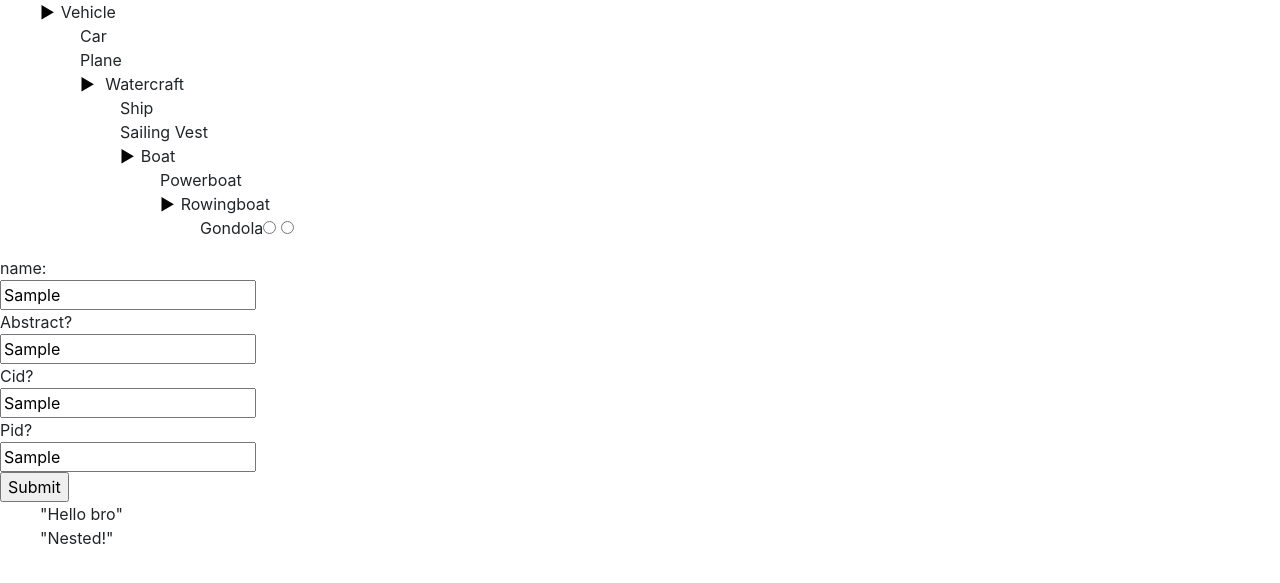
Repository: ked9268/Wonder
Page: http://localhost/cw3_mini_web_project_kjw42/WEB-INF/mainpage.jsp
These files come from the project's save history. The page is drawn as it stood at one moment and after the next save; the edit follows.
The browser window is 1280 px wide. The pictures show the whole page.
Empty fields were first filled with sample values (such as "Sample", 5 or name@example.com).
After loading, the first visible `span.caret` was clicked once.
Some web libraries are served in a nearby version. The page is served by Tomcat 9. Nobody is signed in. The template is opened directly, without the code that normally fills it, so the values that code supplies are empty.

Above is the page before, as saved 2020-01-07 21:47:33.

After the next save:
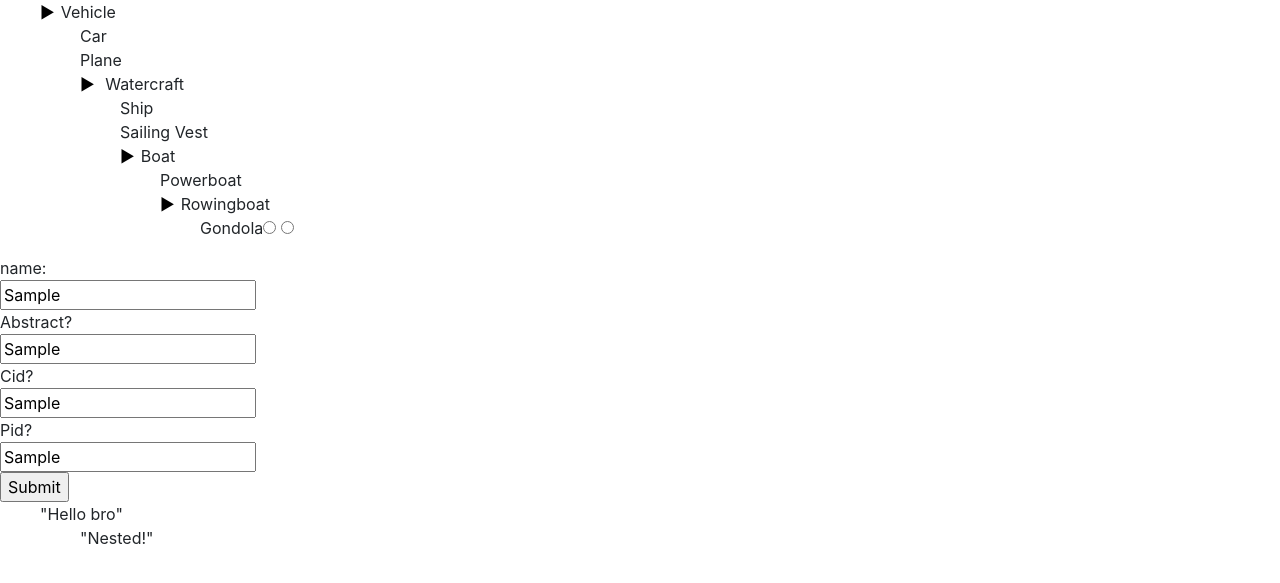
Saved 53 s later.
--- a/workspaceEE/cw3_mini_web_project_kjw42/WebContent/WEB-INF/mainpage.jsp
+++ b/workspaceEE/cw3_mini_web_project_kjw42/WebContent/WEB-INF/mainpage.jsp
@@ -79,7 +79,7 @@
 		<script>
 		function test(){
 
-			var run = '<li><a>"Hello bro"</a><li><a>"Nested!"</a></li></li>'
+			var run = '<li><a>"Hello bro"</a><ul><li><a>"Nested!"</a></li></ul></li>'
 			var btn = document.createElement("UL");   // Create a <button> element
 			btn.innerHTML = run;                   // Insert text
 			document.body.appendChild(btn);
